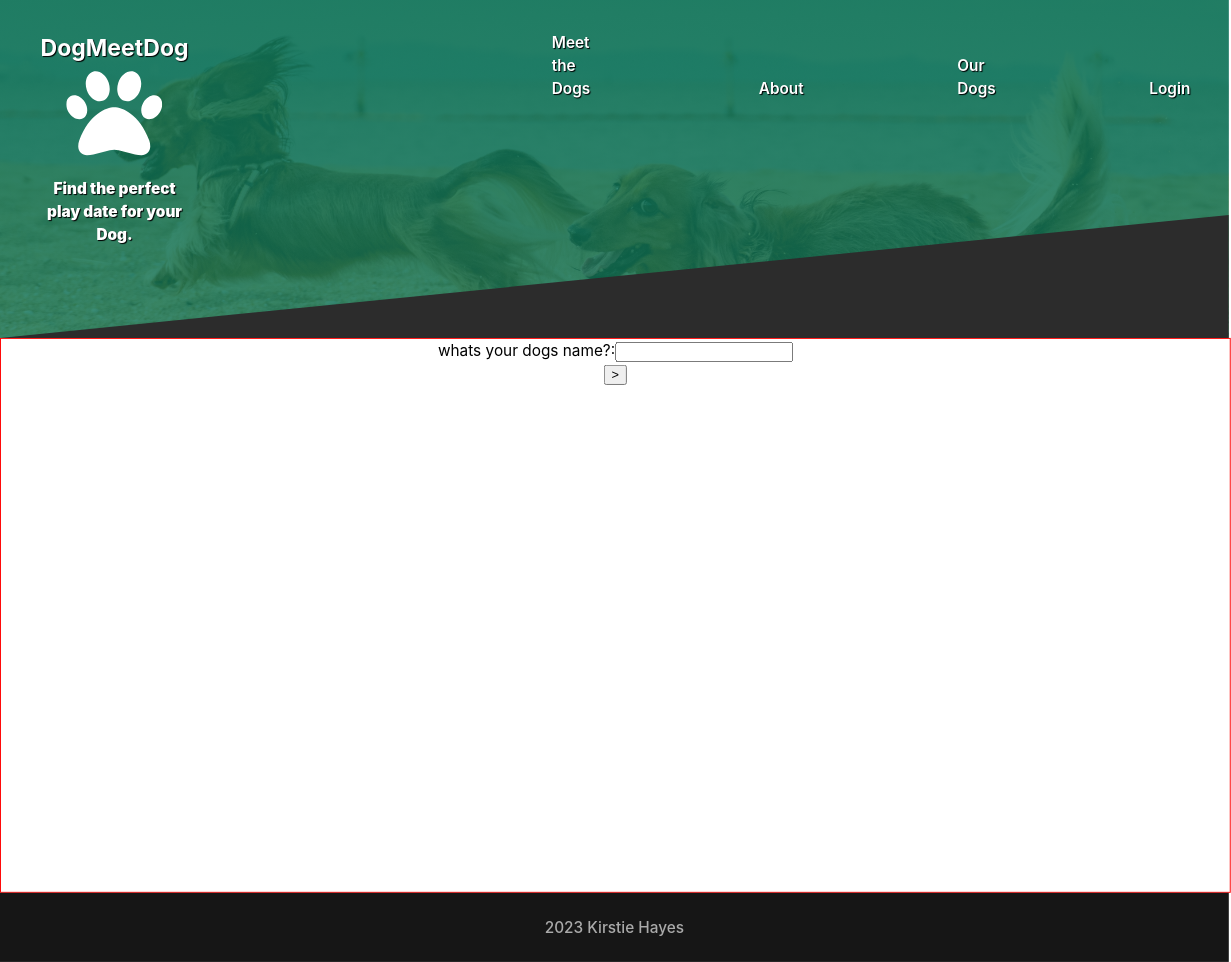
Repository: epixieme/dogmeetdog
Page: /questions (app in client/)
These files come from the project's save history. The page is drawn as it stood at one moment and after the next save; the edit follows.
The browser window is 1280 px wide. The page is 1282 px wide, then 1280 px, then 1282 px, so the pictures cover 1282 px, including what lies to the right of the window. The pictures show the whole page, at 96% of full size.
Some web libraries are served in a nearby version. The project was rebuilt for these pictures with package versions that can differ from the ones it lists, and the page was loaded fresh each time. Also part of the build but not shown: client/vite.config.ts, client/src/components/Shared/Headers/Dashboard-Header/dashboardHeader.css, client/src/components/Shared/Headers/Dashboard-Header/DashboardHeader.tsx, client/src/components/Layouts/Login_Layout.tsx, client/src/components/Shared/ErrorMessage/ErrorMessage.tsx, client/src/components/Shared/Loader/Loader.tsx, client/src/pages/LoggedOut/Home.tsx, client/src/pages/LoggedOut/About/About.tsx and 10 more.

Above is the page before, as saved 2024-01-26 09:56:34.

After the next save:
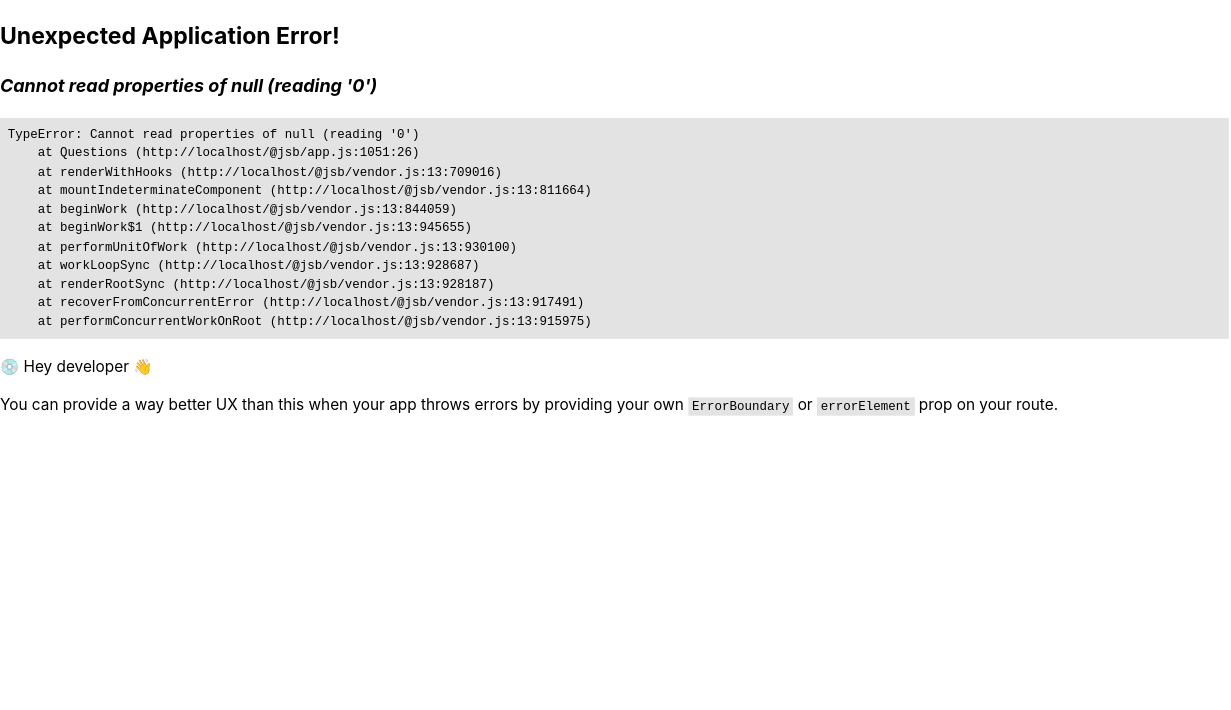
Console error: TypeError: Cannot read properties of null (reading '0')
Saved 2 days later.
--- a/client/src/pages/SignUp/QuestionPage.tsx
+++ b/client/src/pages/SignUp/QuestionPage.tsx
@@ -13,10 +13,15 @@
   const [answer, setAnswer] = useState<string>(window.localStorage.getItem('answer') || initialAnswer);
   console.log(answer);
   // to use local storage use the allanswers[previousScreen]
-  const [allAnswers, setAllAnswers] = useState<string[]>([]);
+  // const [allAnswers, setAllAnswers] = useState<string[]>([]);
+  const getAnswers = window.localStorage.getItem('answers') as string
+  const [allAnswers, setAllAnswers] = useState<string[]>(JSON.parse(getAnswers));
   // console.log(allAnswers);
   useEffect(() => {
+    const answers = JSON.stringify(allAnswers)
+
     window.localStorage.setItem("answer", answer);
+    window.localStorage.setItem("answers", answers);
   });
   console.log(answer);
   const { questionText, currentScreen, nextScreen } = useQuestionHook();

After the 2 saves that followed:
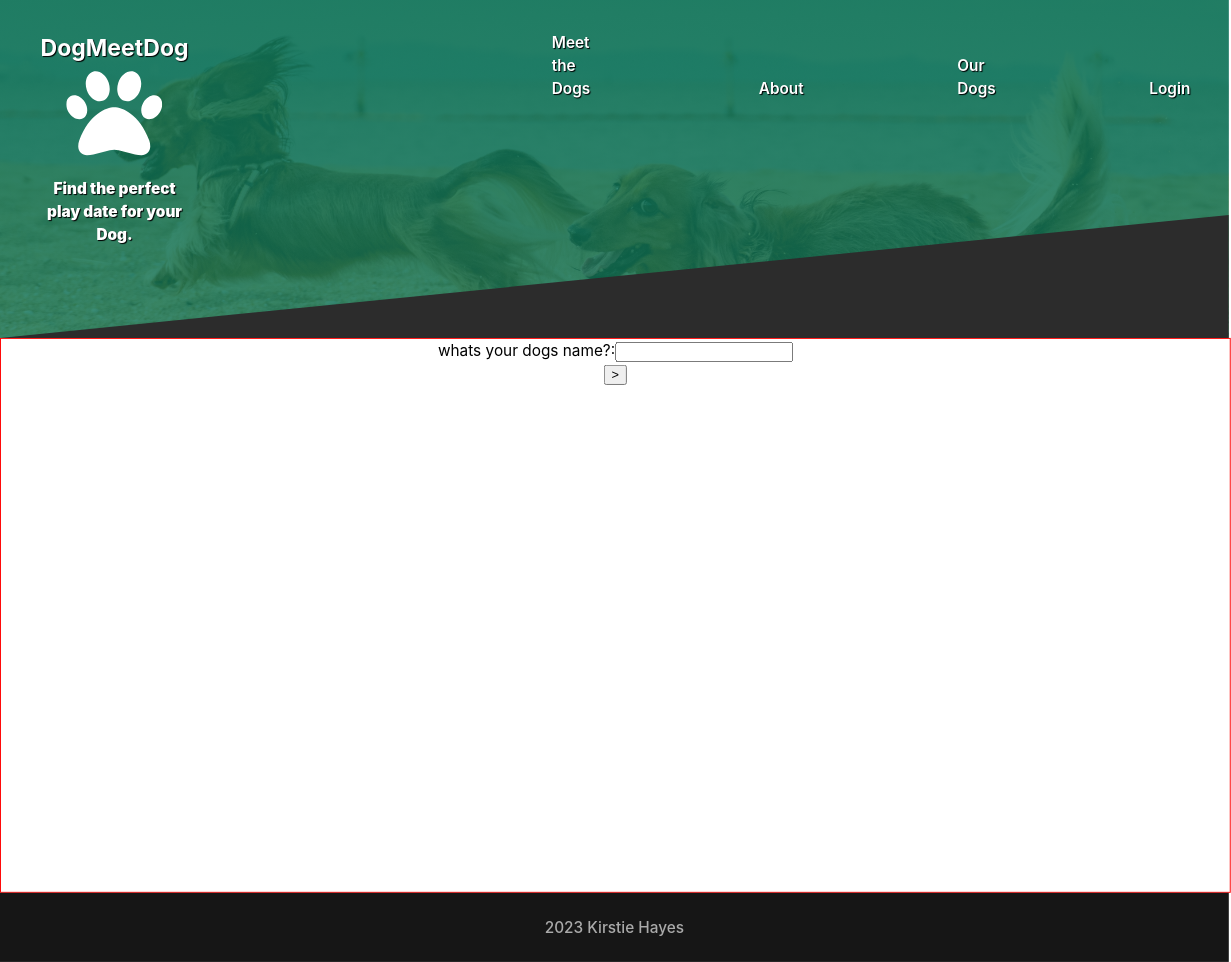
The error is gone.
The 2 saves are shown as one change because 1 left the picture as it was.
The last was saved 3 min 32 s later.
--- a/client/src/pages/SignUp/QuestionPage.tsx
+++ b/client/src/pages/SignUp/QuestionPage.tsx
@@ -19,7 +19,6 @@
   // console.log(allAnswers);
   useEffect(() => {
     const answers = JSON.stringify(allAnswers)
-
     window.localStorage.setItem("answer", answer);
     window.localStorage.setItem("answers", answers);
   });
@@ -37,7 +36,7 @@
       <Question
         questionText={questionText[currentScreen]}
         onChange={(e) => setAnswer(e.target.value)}
-        value ={allAnswers[currentScreen]}
+        // value ={allAnswers[currentScreen]}
 
       />
       <Button btnText={">"} onClick={handleAnswers} />
